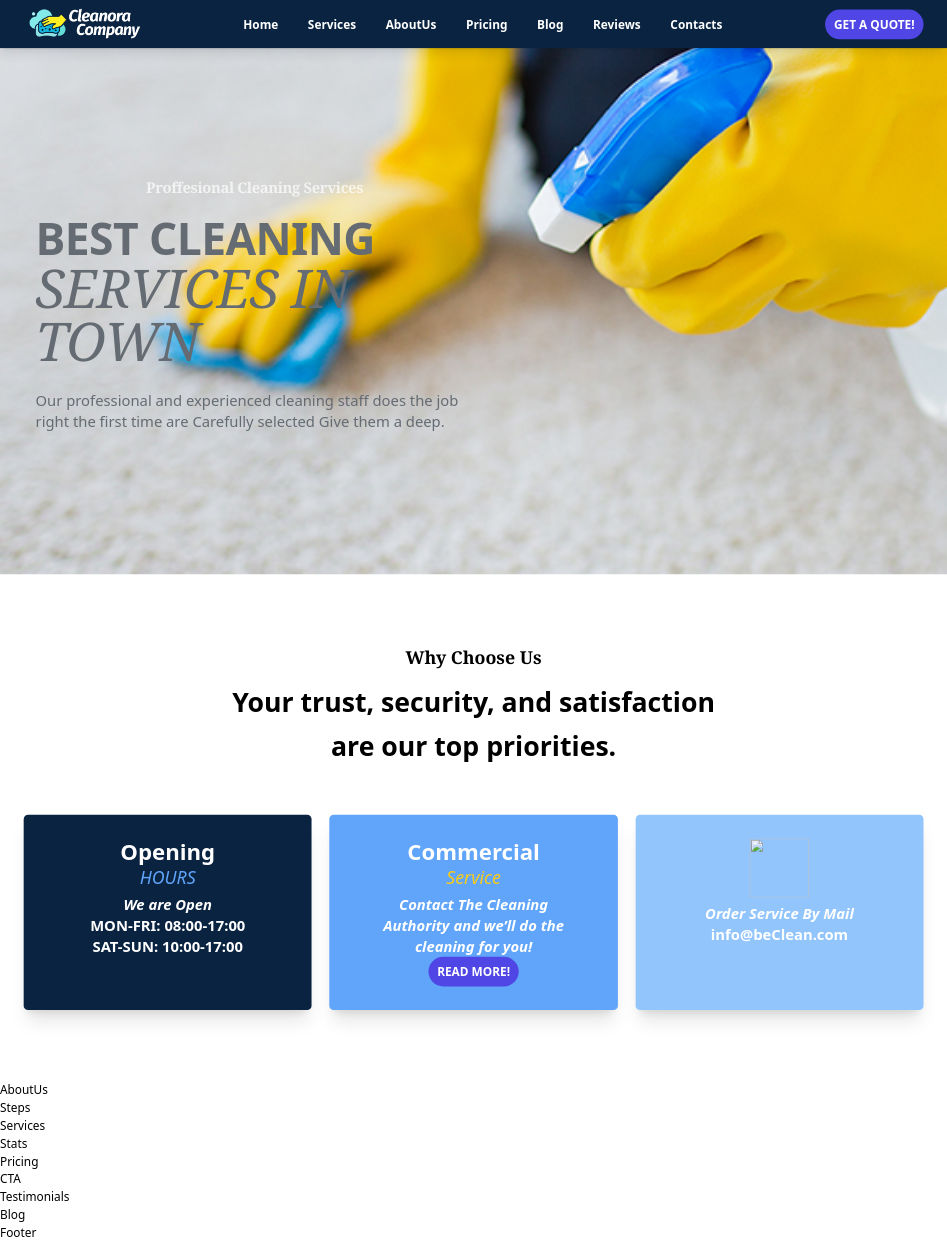
Repository: remydev47/cleonara
Page: /
The author's editor kept a copy of each file at every save. The page is drawn from the files as they stood at one save, then again after the next save.
The browser window is 1280 px wide. The pictures show the whole page, at 74% of full size.
The project was rebuilt for these pictures with package versions that can differ from the ones it lists, and the page was loaded fresh each time. The framework's server and built-in components were replaced by stand-ins that run in the browser. Also part of the build but not shown: next.config.js.

Above is the page before, as saved 2022-11-01 12:52:53.
Not found: images/mail.png

### pages/_app.tsx
import '../styles/globals.css'
import type { AppProps } from 'next/app'
import Header from '../components/Header'

function MyApp({ Component, pageProps }: AppProps) {
  return(
    <>
      <Header />
      <Component {...pageProps} />
    </>

  )
}

export default MyApp

### pages/index.tsx
import type { NextPage } from 'next'
import Head from 'next/head'
import Image from 'next/image'
import { AboutUs, CTA, Hero, Offers, Pricing, Services, Blog, Stats, Steps, Testimonials, Footer } from '../components'

const Home: NextPage = () => {
  return (
    <div className="">
      <Head>
        <title>CLEONARA</title>
        <link rel="icon" href="/favicon.ico" />
      </Head>
      <Hero/>
      <Offers />
      <AboutUs />
      <Steps />
      <Services />
      <Stats />
      <Pricing />
      <CTA />
      <Testimonials />
      <Blog />
      <Footer />
    </div>
  )
}

export default Home

### components/Header.tsx
import React from 'react';
import { navLinks } from '../constants';
import Menupopover from './Menupopover';
import Image from 'next/image';
import Logo from './Logo';
import { Button } from './Button';

const Header = () => {
  return (
    <header className="fixed inset-x-0 bg-[#092341] z-20 flex justify-between items-center py-2 px-2 shadow-lg dark:bg-slate-900 sm:py-3 sm:px-8">
            <div className='flex grow-0 basis-1/3 md:hidden'>
                <Menupopover />
            </div>

             <div className='flex grow-0 ml-2 justify-center md:justify-start'>
                <Logo />

            </div>


            <ul className="list-none sm:flex hidden justify-center items-center flex-1">
            {navLinks.map((nav, index) => (
                <li
                key={nav.id}
                className={`font-bold cursor-pointer text-[16px] hover:text-blue-400
                   ${index === navLinks.length - 1 ? 'mr-0' : 'mr-10'}
                  text-white `}
                >
                    <a>{nav.title}</a>
                </li>
            ))}
           </ul>

          <div className='sm:flex hidden'>
            <Button variant='solid'>
              GET A QUOTE!
            </Button>
          </div>

        </header>
  )
}

export default Header

### components/index.ts
import Hero from "./Hero";
import Offers from "./Offers";
import AboutUs from "./AboutUs";
import Steps from "./Steps";
import Services from "./Services";
import Stats from "./Stats";
import Pricing from "./Pricing";
import CTA from "./CTA";
import Testimonials from "./Testimonials";
import Blog from "./Blog";
import Footer from "./Footer";

export {
    Hero, Offers, AboutUs, Steps, Services, Stats, Pricing, CTA, Testimonials, Blog, Footer
}

### constants/index.ts
export const navLinks=[
    {
        id:"home",
        title:"Home",
    },
    {
        id:"services",
        title:"Services",
    },
    {
        id:"AboutUs",
        title:"AboutUs",
    },
    {
        id:"pricing",
        title:"Pricing",
    },
    {
        id:"blog",
        title:"Blog",
    },
    {
        id:"reviews",
        title:"Reviews",
    },
    {
        id:"contacts",
        title:"Contacts",
    },
]

### components/Menupopover.tsx
import React, {useState, Fragment} from 'react';
import { navLinks } from '../constants';
import { IconButton, Button } from './Button';
import { Transition, Dialog } from '@headlessui/react';
import Logo from './Logo';
import Image from 'next/image';

const Menupopover = () => {
  const [isOpen, setIsOpen] = useState(false)

  return (
    <div>
    <IconButton
      variant='ghost'
      aria-label='menu'
      onClick={() => setIsOpen(!isOpen)}
    >
      <svg className='h-6 w-6 ' fill='none' stroke='currentColor'>
        <path
          strokeLinecap='round'
          strokeLinejoin='round'
          strokeWidth={2}
          d='M4 6h16M4 12h16M4 18h16'
        />
      </svg>
    </IconButton>
    <Transition
      show={isOpen}
      appear
      as={Fragment}
      enter='transform transition ease-in-out duration-300'
      enterFrom='-translate-x-full'
      enterTo='translate-x-0'
      leave='transform transition ease-in-out duration-300 delay-200'
      leaveFrom='translate-x-0'
      leaveTo='-translate-x-full'
     >
     <Dialog
       as='div'
       className={`fixed inset-0 z-50`}
       onClose={setIsOpen}
       open={isOpen}
       >
       <Transition.Child
         as={Fragment}
         enter='ease-out duration-300 delay-300'
         enterFrom='opacity-0'
         enterTo='opacity-100'
         leave='ease-in duration-200'
         leaveFrom='opacity-100'
         leaveTo='opacity-0'
       >

        <Dialog.Overlay
          className={`fixed inset-0 bg-black/20 backdrop-blur-sm dark:bg-gray-900/80`}
         />
      </Transition.Child>
       <div className={styles.dialogcontainer}>
        <a className='mx-auto mt-4 flex w-[140px] '>
          <Logo />
        </a>
        <ul
            className={styles.navWrapper2}
         >
            {navLinks.map((nav, index) => (
                <li
                 key={nav.id}
                 className={` font-bold cursor-pointer text-[16px]
                  mt-2 border-t border-slate-200 py-4 dark:border-slate-600
                  ${index === navLinks.length - 1 ? 'mr-0' : 'mb-4'}
                  text-white `}
                >
                 <a href={`#${nav.id}`}>
                    {nav.title}
                 </a>
                </li>
             ))}
         </ul>

        <IconButton
          variant='ghost'
          aria-label='close menu'
          className='absolute top-5 right-5'
          onClick={() => setIsOpen(false)}
        >
          <svg
            viewBox='0 0 10 10'
            className='h-2.5 w-2.5 overflow-visible'
            aria-hidden='true'
          >
            <path
                d='M0 0L10 10M10 0L0 10'
                fill='none'
                stroke='currentColor'
                strokeWidth='2'
                strokeLinecap='round'
              />
          </svg>
        </IconButton>
       </div>
     </Dialog>
    </Transition>
  </div>
  )
}

export default Menupopover;

const styles ={
  dialogcontainer:`fixed top-0 bottom-0 left-0 w-full max-w-xs rounded-r-xl bg-[#092341] p-6 shadow-lg dark:bg-gray-800`,
  menuitems:`group relative flex h-9 items-center oveflow-hidden rounded-md hover:bg-slate-200/50`,
  navWrapper2:`list-none flex flex-col justify-end items-center flex-1`,
}

### components/Logo.tsx
import React from 'react'
import Image from 'next/image'

const Logo = () => {
  return (
    <div>
        <Image
          src='/images/logo.png'
          alt='Cleonara'
          height={80}
          width={150}
        />
    </div>
  )
}

export default Logo

### components/Button/index.tsx
import React, { forwardRef } from "react";
//import { __DEV__ } from "../../utils/assertions";

type BaseButtonProps = Omit<React.HTMLProps<HTMLButtonElement>, "size">;

/* === Button Element === */

export interface ButtonProps extends BaseButtonProps {
  children: React.ReactNode;
  fullWidth?: boolean;
  className?: string;
  variant?: "solid" | "outline" | "ghost";
  size?: "sm" | "md" | "lg";
  as?: string;
  isExternal?: boolean;
  type?: "button" | "submit" | "reset";
}

export const Button = forwardRef<HTMLButtonElement, ButtonProps>(
  (
    {
      children,
      variant = "solid",
      size = "md",
      fullWidth = false,
      className,
      as = "button",
      isExternal = false,
      ...rest
    },
    ref
  ) => {
    let tempClassNames: string[] = [];

    const sharedClasses = [
      "capitalize",
      "focus:outline-none",
      "focus:ring-2",
      "focus:ring-indigo-400",
      "focus:ring-offset-2",
      "focus:ring-offset-indigo-50",
      "font-semibold",
      "rounded-full",
      "inline-flex",
      "flex-shrink-0",
      "items-center",
      "justify-center",
      "transition-colors",
      "ease-in-out",
      "duration-500",
    ];

    if (fullWidth) sharedClasses.push("w-full");

    // handle variants
    let btnSolid = ["bg-indigo-600", "hover:bg-indigo-700", "text-white"];
    let btnOutline = [
      "dark:text-white",
      "hover:text-indigo-700",
      "hover:dark:text-indigo-700",
      "bg-transparent",
      "hover:bg-indigo-50",
      "border",
      "border-indigo-600",
    ];
    let btnGhost = [
      "bg-transparent",
      "dark:text-white",
      "hover:bg-indigo-50",
      "hover:text-indigo-700",
      "hover:dark:text-indigo-700",
    ];

    if (variant === "solid") {
      tempClassNames = [...sharedClasses, ...btnSolid];
    } else if (variant === "outline") {
      tempClassNames = [...sharedClasses, ...btnOutline];
    } else if (variant === "ghost") {
      tempClassNames = [...sharedClasses, ...btnGhost];
    }

    // handle sizes
    let sizeSm = ["h-8", "px-2", "text-sm"];
    let sizeMd = ["h-10", "px-3"];
    let sizeLg = ["h-12", "px-4", "text-lg"];

    if (size === "sm") {
      tempClassNames = [...tempClassNames, ...sizeSm];
    } else if (size === "md") {
      tempClassNames = [...tempClassNames, ...sizeMd];
    } else if (size === "lg") {
      tempClassNames = [...tempClassNames, ...sizeLg];
    }

    let classes = tempClassNames.join(" ");

    let Element = as ? (
      React.createElement(
        as,
        {
          className: `${classes} ${className}`,
          target: isExternal ? "_blank" : undefined,
          rel: isExternal ? "noopener noreferrer" : undefined,
          ref,
          ...rest,
        },
        children
      )
    ) : (
      <button {...rest} className={`${classes} ${className}`} ref={ref}>
        {children}
      </button>
    );

    return Element;
  }
);

// if (__DEV__) {
//   Button.displayName = "Button";
// }

/* === IconButton Element === */

export interface IconButtonProps extends ButtonProps {
  icon?: React.ReactElement;
  "aria-label": string;
}

export const IconButton = forwardRef<HTMLButtonElement, IconButtonProps>(
  (
    {
      children,
      icon,
      className,
      "aria-label": ariaLabel,
      size = "md",
      ...rest
    },
    ref
  ) => {
    let sharedClasses = ["rounded-full", "!px-0"];

    // handle sizes
    let sizeSm = ["w-8"];
    let sizeMd = ["w-10"];
    let sizeLg = ["w-12"];

    if (size === "sm") {
      sharedClasses = [...sharedClasses, ...sizeSm];
    } else if (size === "md") {
      sharedClasses = [...sharedClasses, ...sizeMd];
    } else if (size === "lg") {
      sharedClasses = [...sharedClasses, ...sizeLg];
    }

    /**
     * Passing the icon as prop or children should work
     */
    const element = icon || children;
    const _children = React.isValidElement(element)
      ? React.cloneElement(element as any, {
          "aria-hidden": true,
          focusable: false,
        })
      : null;

    let classes = sharedClasses.join(" ");
    return (
      <Button
        className={`${classes} ${className}`}
        aria-label={ariaLabel}
        size={size}
        {...rest}
        ref={ref}
      >
        {_children}
      </Button>
    );
  }
)

### components/Hero.tsx
import React from 'react'

const Hero = () => {
  return (
    <section className='relative pt-48 pb-12 xl:pt-60 sm:pb-16 lg:pb-32 xl:pb-48 2xl:pb-56'>
    <div className="absolute inset-0">
     <img className="object-cover w-full h-full" src="/images/7.jpg" alt="" />
    </div>
   <div className='relative'>
    <div className="px-6 mx-auto sm:px-8 lg:px-12 max-w-7xl">
      <div className="w-full lg:w-2/3 xl:w-1/2">
        <h1 className="font-serif text-xl font-bold tracking-tight text-white text-opacity-70 text-center">Proffesional Cleaning Services</h1>
        <p className="mt-6 tracking-tighter text-[#656b72]">
          <span className="font-sans font-bold text-6xl">BEST CLEANING </span><br />
          <span className="font-serif italic font-BOLD text-7xl">SERVICES IN TOWN</span>
        </p>
        <p className="mt-8 font-erif text-xl font-normal text-[#656b72]">
         Our professional and experienced cleaning staff does the job right the first time are Carefully selected Give them a deep.
        </p>
      </div>
    </div>
   </div>
  </section>
  )
}

export default Hero

### components/Offers.tsx
import React from 'react'
import { Button } from './Button'

const Offers = () => {
  return (
    <section className="bg-[#fff] sm:py-16 lg:py-24">
    <div className="px-4 mx-auto max-w-7xl sm:px-6 lg:px-8">
    <div className="max-w-2xl mx-auto text-center">
      <h2 className="text-xl font-serif font-semibold leading-tight text-black  lg:text-2xl">Why Choose Us</h2>
      <p className="mx-auto mt-4 text-4xl font-bold leading-relaxed text-black">
       Your trust, security, and satisfaction are our top priorities.
      </p>
    </div>

    <div className="grid max-w-md grid-cols-1 gap-6 mx-auto mt-8 text-center lg:max-w-full lg:mt-16 lg:grid-cols-3">

        <div className="overflow-hidden bg-[#092341] shadow-xl border-gray-300 rounded-md">
          <div className="p-8 xl:px-12 flex flex-col items-center justify-center">
             <div className='flex flex-col'>
               <h1 className='text-3xl font-semibold text-white'>Opening</h1>
               <span className='italic text-2xl text-blue-400'>HOURS</span>
             </div>
             <h2 className='font-bold text-xl italic text-white text-center mt-2'>
               We are Open
             </h2>
             <p className='text-xl text-white text-center font-bold'>
               MON-FRI: 08:00-17:00
             </p>
             <p className='text-xl text-white text-center font-bold'>
               SAT-SUN: 10:00-17:00
             </p>
          </div>
        </div>

        <div className="overflow-hidden bg-blue-400 shadow-xl border-gray-300 rounded-md">
          <div className="p-8 xl:px-12 flex flex-col items-center justify-center">
             <div className='flex flex-col'>
               <h1 className='text-3xl font-semibold text-white'>Commercial</h1>
               <span className='italic text-2xl text-yellow-400'>Service</span>
             </div>
             <h2 className='font-bold text-xl italic text-white text-center mt-2'>
                Contact The Cleaning Authority and we’ll do the cleaning for you!
             </h2>
             <p>
              <Button variant='solid'>
                READ MORE!
              </Button>
             </p>
          </div>
        </div>

        <div className="overflow-hidden bg-blue-300 shadow-xl border-gray-300 rounded-md">
          <div className="p-8 xl:px-12 flex flex-col items-center justify-center">
             <div>
               <img src='/images/mail.png' className='h-20 w-20'/>
             </div>
             <h2 className='font-bold text-xl italic text-white text-center mt-2'>
               Order Service By Mail
             </h2>
             <p className='text-xl text-white text-center font-bold'>
              info@beClean.com
             </p>
          </div>
        </div>

    </div>
</div>
</section>
  )
}

export default Offers

### components/Steps.tsx
import React from 'react'

const Steps = () => {
  return (
    <div>Steps</div>
  )
}

export default Steps

Loaded but not shown: styles/globals.css (common file); components/AboutUs.tsx (common file); components/Services.tsx (common file); components/Stats.tsx (common file); components/Pricing.tsx (common file); components/CTA.tsx (common file); components/Testimonials.tsx (common file); components/Blog.tsx (common file); components/Footer.tsx (common file); tailwind.config.js (common file)

After the next save:
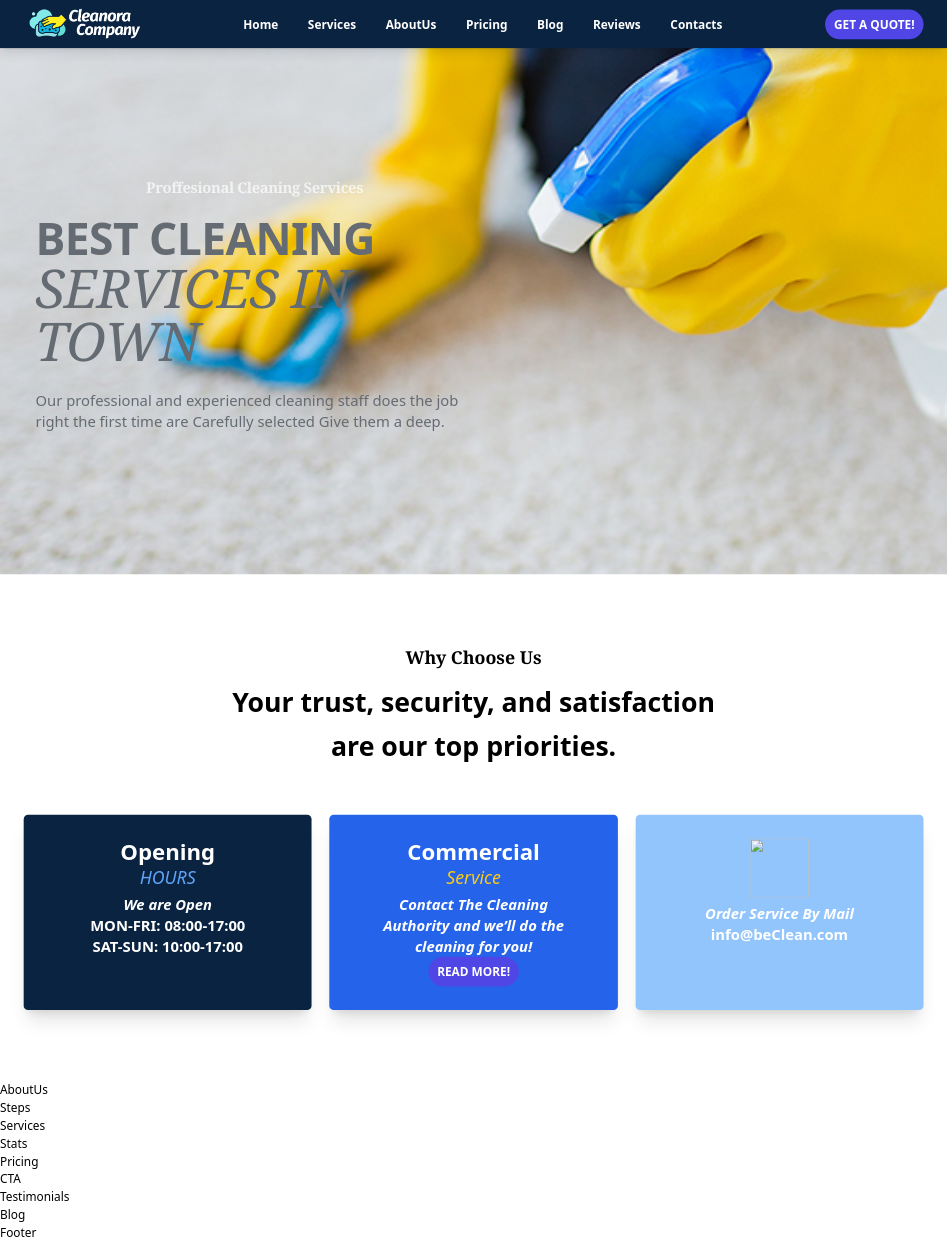
Saved 21 s later.
--- a/components/Offers.tsx
+++ b/components/Offers.tsx
@@ -32,7 +32,7 @@
           </div>
         </div>
 
-        <div className="overflow-hidden bg-blue-400 shadow-xl border-gray-300 rounded-md">
+        <div className="overflow-hidden bg-blue-600 shadow-xl border-gray-300 rounded-md">
           <div className="p-8 xl:px-12 flex flex-col items-center justify-center">
              <div className='flex flex-col'>
                <h1 className='text-3xl font-semibold text-white'>Commercial</h1>
